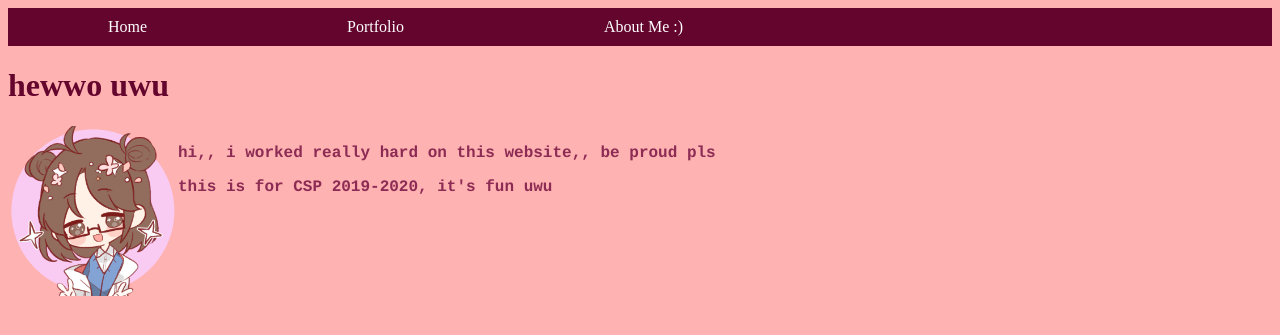
Repository: ycano1934/ycano1934.github.io
Page: my_website/about.html
The author's editor kept a record of every edit. The page is drawn from the files as they stood at one moment, then again after the next edit.
The browser window is 1280 px wide. The pictures show the whole page.

Above is the page before.

After the next edit:
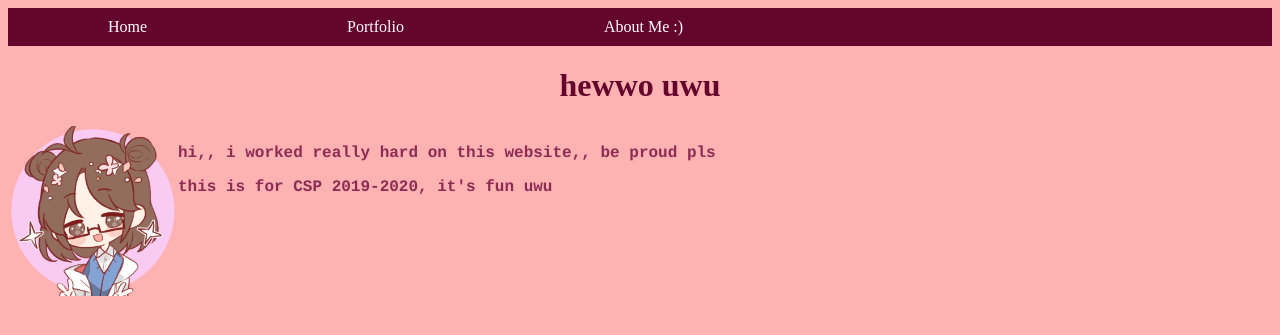
The edit:
--- a/my_website/about.html
+++ b/my_website/about.html
@@ -58,7 +58,7 @@
     <li><a href="about.html">About Me :)</a></li>
         </ul>
 
-        <h1 id="header">hewwo uwu</h1>
+        <h1 id="header" style="text-align:center;">hewwo uwu</h1>
 
 
         <p id="paragraphlook">
